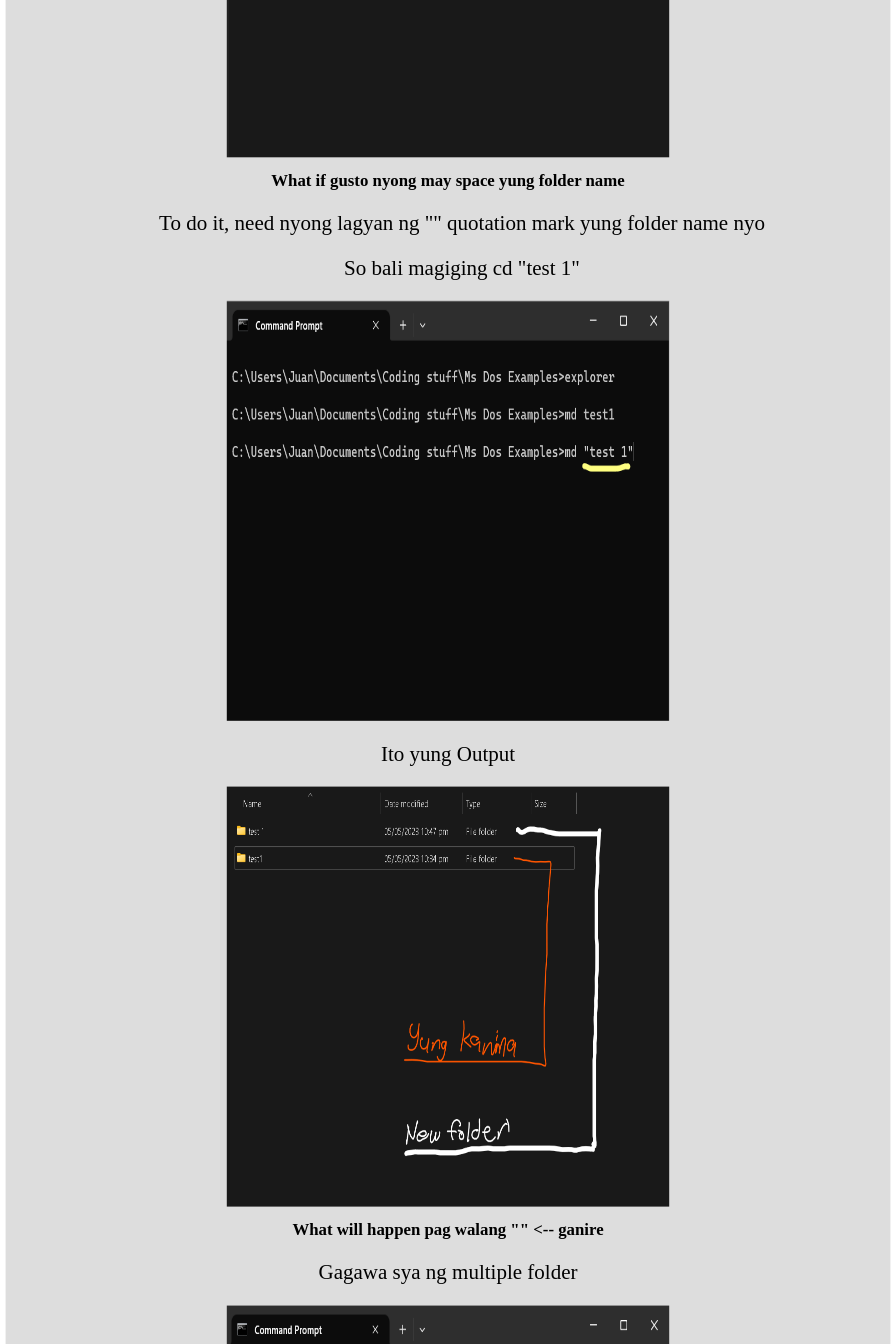
Repository: zwainer/Comprog
Page: index.html
The author's editor kept a copy of each file at every save. The page is drawn from the files as they stood at one save, then again after a run of saves.
The browser window is 1280 px wide. The pictures show the part of the page from y = 1474 to 3394 px (the page is 8042 px tall before and 8170 px after), at 70% of full size.

Above is the page before, as saved 2023-05-06 00:52:11.

### index.html
<html>
	<head>
		<link rel="stylesheet" href="index.css">
	</head>
<body>

	<div class="header">

		<h1 class="mainHead">Comprog Notes Ko</h1>

	</div>

	<!-- make dir part -->
	<div class="makeDir">


		<p class="StartCommand">
			md
			<br/>

		</p>

		<p>md means make directory <br/>
		</p>
		<p>To use it :
			<dl>
				<dd>
					write md then
				</dd>

				<dd>
					yung name nung folder
				</dd>
			</dl>

		<br/>
		</p>


		</p>

		<img src="pictures/1_1.png" class="mgapics">

		<p>Ito yung Output <br/></p>


		<img src="pictures/2.png" class="mgapics">

		<h2>What if gusto nyong may space yung folder name<br/></h2>
		<dl>
			<dd>
				<p> To do it, need nyong lagyan ng "" quotation mark yung folder name nyo<br/></p>
			</dd>

			<dd>
				<p> So bali magiging cd "test 1"<br/></p>
			</dd>
		</dl>

		<img src="pictures/3.png" class="mgapics">

		<p>Ito yung Output <br/></p>

		<img src="pictures/4.png" class="mgapics">


		<h2>What will happen pag walang "" <-- ganire<br/></h2>

		<p>Gagawa sya ng multiple folder<br/></p>

		<img src="pictures/5.png" class="mgapics">

		<p>Ito yung output<br/></p>

		<img src="pictures/6.png" class="mgapics">

		<p>So that means tinignan sya nung computer as <br/>

			<dl>
				<dd>
					md test <br/>
				</dd>

				<dd>
					md 1<br/></p>
				</dd>
			</dl>

			<p>so if want nyong gumawa ng madaming folder tapos yung name nya is folder1 folder 2 folder3 folder4<br/></p>

			<p>Pwede nyong gawing: <p class="importantNote">md folder1 folder2 folder3 folder4</p> <br/> </p>

			<img src="pictures/7.png" class="mgapics">


	</div>

	<!-- remove naman ng directory na part -->
	<div class="remDir">
		<h1>rd    <br/> </h1>

 		<p>rd is for removing Directory<br/></p>

 		<p> it works na parang md lang<br/></p>

	</div>


	<!-- clear ng cmd para di makalat -->
	<div class="cls">
		<h1>cls</h1>

		<p>Ang ginagawa nito is to clear yung command prompt or cmd</p>
		<img src="pictures/9.png" class="mgapics">

		<img src="pictures/10.gif" class="mgapics">

	</div>

	<!-- Show the directory -->

dir - ls or list directory<br/>

<!-- cd stuff -->

cd/ - go to root<br/>

cd .. - move one up<br/>

cd <directory> - change directory to that place<br/>
<!-- tree momints -->


tree - Para makita yung sub directory ng subdirectory ...<br/>
<!-- copy command -->

<p >:copy command:<br/></p>
<p >cls - clear<br/></p>

<p >dir - ls or list directory<br/></p>

<p >cd - Change Directory<br/></p>


<p >cd/ - go to root<br/></p>

<p>cd .. - move one up<br/></p>

<p >cd <"directory"> - change directory to that place<br/></p>






<p>copy *.*<br/>

	so bali: <br/></p>
		<p>
				-->copy hello.text "C:\Users\Juan\Documents\Coding stuff\MsDOS"<br/>
			Need yung quotation sa dir
			<br/>
		</p>

		<p>
	to copy multiple file type ang gagawin is </br>
	copy *.txt >> so bali lahat ng text file is makacopy</br>



		</p>

	</body>
</html>

### index.css
.mainHead{
    color: white ;
    background-color: black;
    font-size: 40px;
    font-family: 'Arial Narrow Bold';
    text-align: center ;
    padding: 14px;

}

body{
    text-align: center ;

}
.makeDir{

    background-color: rgb(221, 221, 221) ;
    padding: 0%;
    margin: 0%;
}

.remDir{

    background-color: rgb(232, 232, 232) ;
    padding: 0%;
    margin: 0%;
}



.StartCommand{
    font-size: 30px;
    font-family: 'Franklin Gothic Medium';
    font-weight: bold;
}

.importantNote{
    font-style: italic;
}
.mgapics{
    width: 800px;
  height: 600px;
  object-fit: fill;

  display: block;
  margin-left: auto;
  margin-right: auto;
  width: 50%;
}

p{
    font-size: 30px;
}

h2{
    font-size: ;
}

After the next 2 saves:
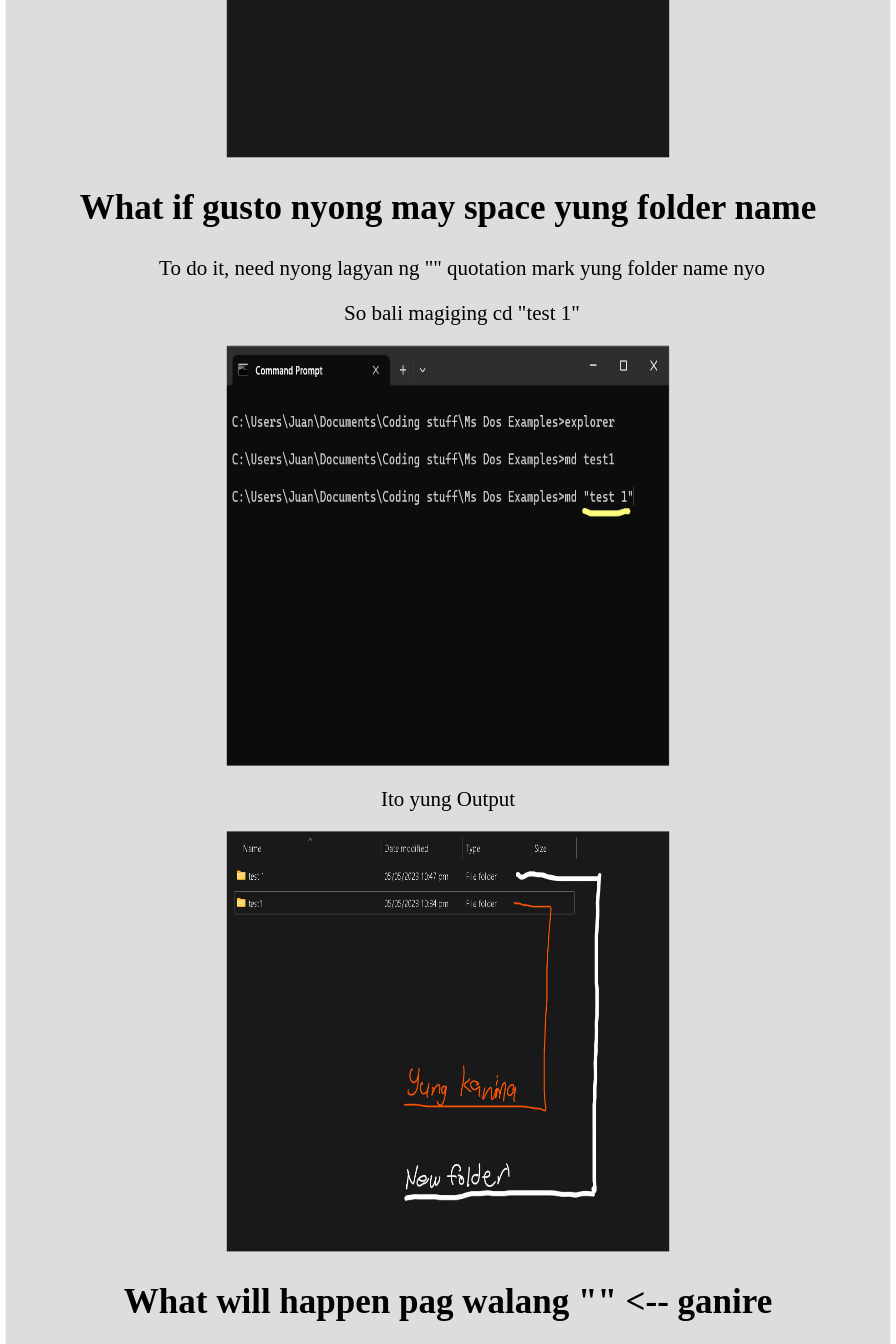
The 2 saves are shown as one change because they came seconds apart.
The last was saved 12 s later.
--- a/index.css
+++ b/index.css
@@ -53,5 +53,5 @@ p{
 }
 
 h2{
-    font-size: ;
+    font-size: 50px;
 }
